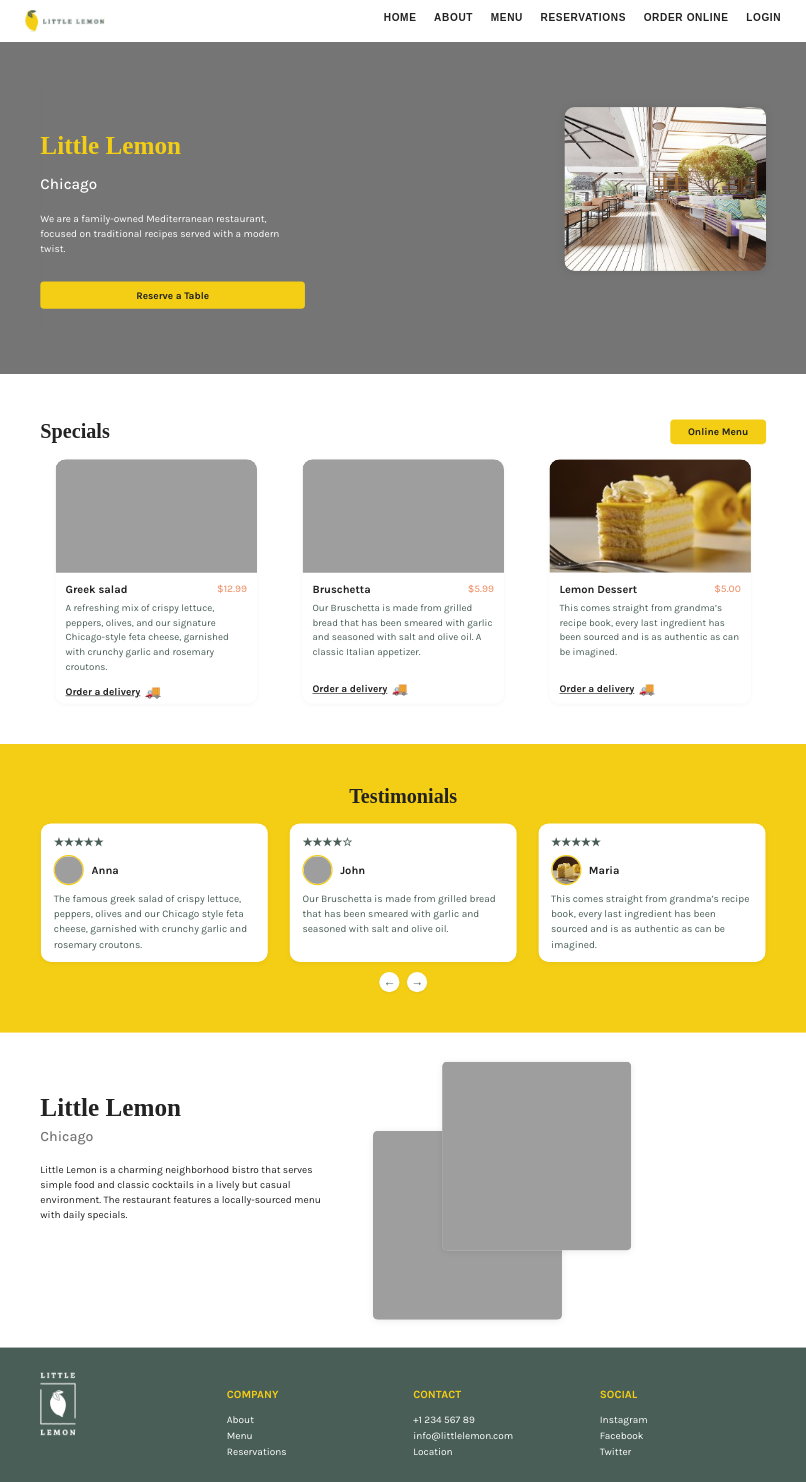
Repository: mrtseven/capstone-little-lemon-mrt
Page: /
An editor plug-in stored every save of this project. The page is shown before and after the next save, followed by the edit.
The browser window is 1280 px wide. The pictures show the whole page, at 63% of full size.
Pictures or frames that could not be fetched are drawn as grey boxes. Some web fonts or font styles are not loaded; a fallback is used. The project was rebuilt for these pictures with package versions that can differ from the ones it lists, and the page was loaded fresh each time. Also part of the build but not shown: src/pages/About.jsx, src/pages/Menu.jsx, src/components/ReservationForm.jsx, src/bookingsAPI.js, src/components/ConfirmedReservation.jsx, src/pages/Reservations.jsx, src/pages/Order.jsx, src/pages/Login.jsx.

Above is the page before, as saved 2025-07-28 18:18:27.

After the next save:
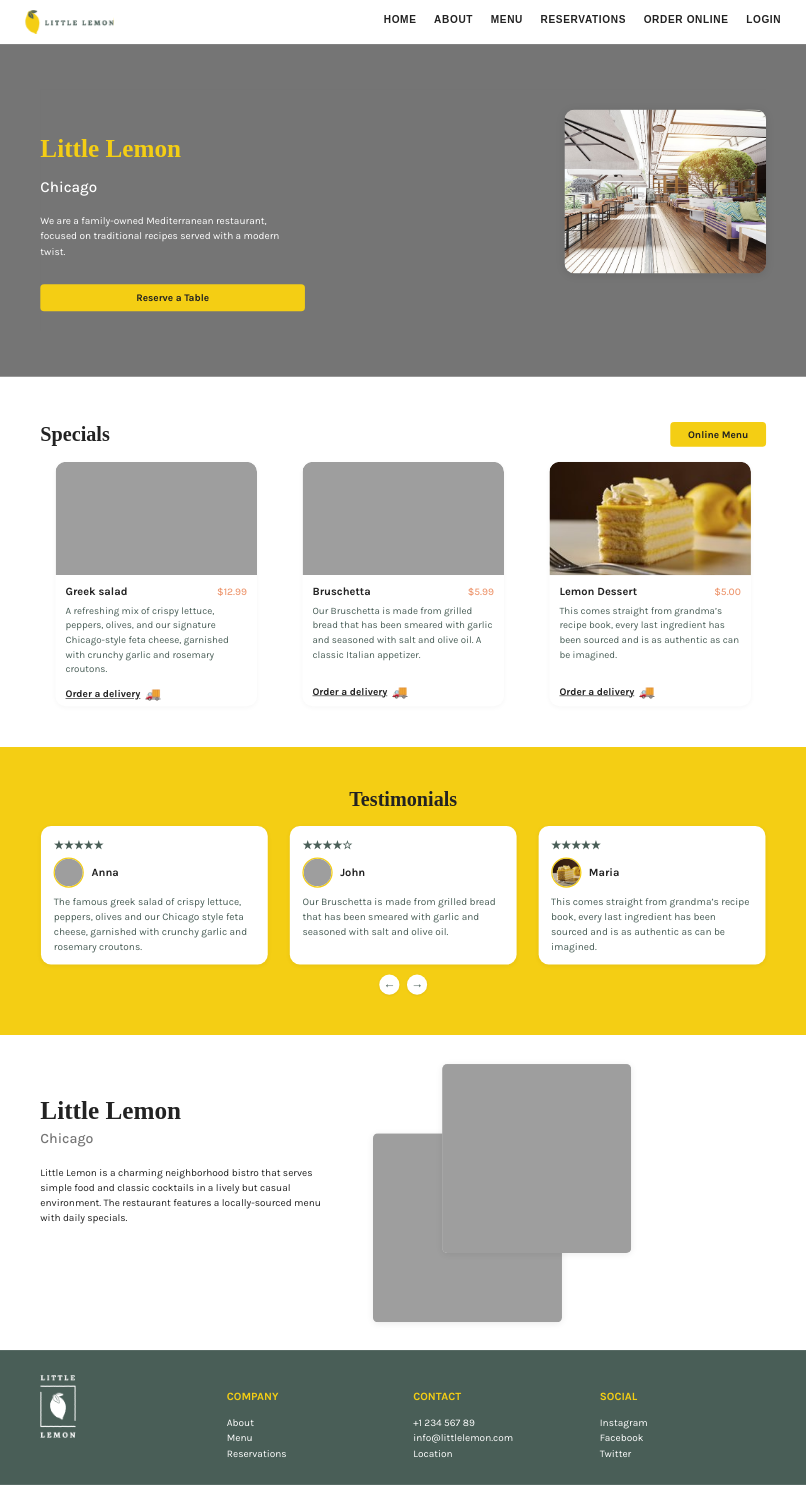
Saved 5 s later.
--- a/src/App.css
+++ b/src/App.css
@@ -145,7 +145,7 @@ p {
 }
 
 .navbar-logo img {
-  height: 34px; /* Adjust as needed */
+  height: 38px; /* Adjust as needed */
   margin-right: 8px;
   object-fit: cover;
 }
